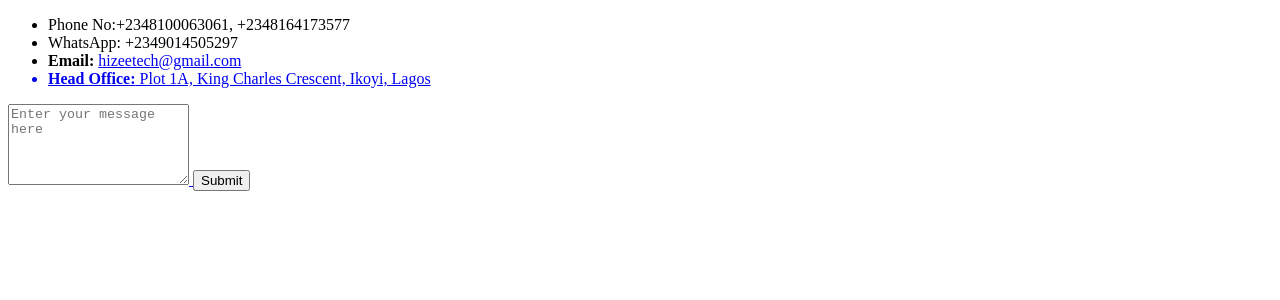
Repository: hizeetech/First-Assignment
Page: contact_us.html
The author's editor kept a copy of each file at every save. The page is drawn from the files as they stood at one save, then again after the next save.
The browser window is 1280 px wide. The pictures show the whole page.

Above is the page before, as saved 2024-11-09 01:22:06.

### contact_us.html
<!-- contact_us.html -->
<!DOCTYPE html>
<html lang="en">
  <head>
    <meta charset="UTF-8" />
    <meta name="viewport" content="width=device-width, initial-scale=1.0" />
    <title>Contact Us</title>
  </head>
  <body>
        <p>
            <ul>
                <li>Phone No:+2348100063061, +2348164173577</li>
                <li>WhatsApp: +2349014505297</li>
                <li><strong>Email:</strong>
                    <a href="mailto:hizeetech@gmail.com">hizeetech@gmail.com</li>
                <li><strong>Head Office:</strong> Plot 1A, King Charles Crescent, Ikoyi, Lagos</li>
            </ul>
        </p>

    <form action="#" method="post">
      <textarea
        class="message-box"
        name="message"
        placeholder="Enter your message here"
        rows="5"
        required
      ></textarea>
      <button type="submit" class="submit-btn">Submit</button>
    </form>
  </body>
</html>

After the next save:
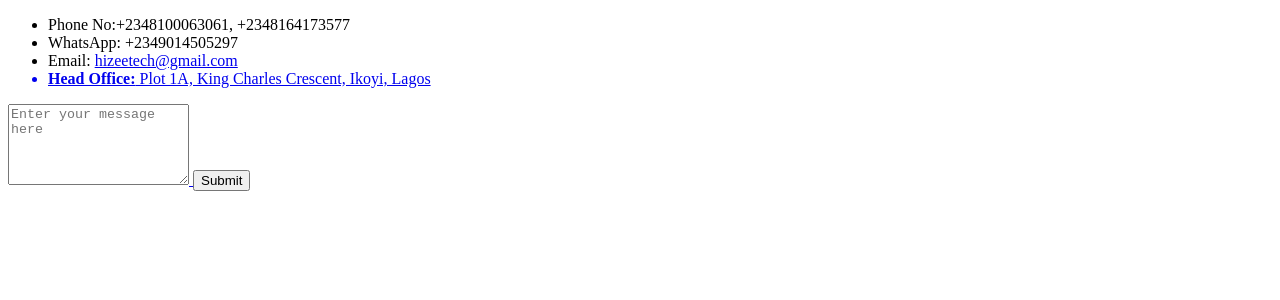
Saved 7 s later.
--- a/contact_us.html
+++ b/contact_us.html
@@ -11,7 +11,7 @@
             <ul>
                 <li>Phone No:+2348100063061, +2348164173577</li>
                 <li>WhatsApp: +2349014505297</li>
-                <li><strong>Email:</strong>
+                <li>Email:</strong>
                     <a href="mailto:hizeetech@gmail.com">hizeetech@gmail.com</li>
                 <li><strong>Head Office:</strong> Plot 1A, King Charles Crescent, Ikoyi, Lagos</li>
             </ul>
